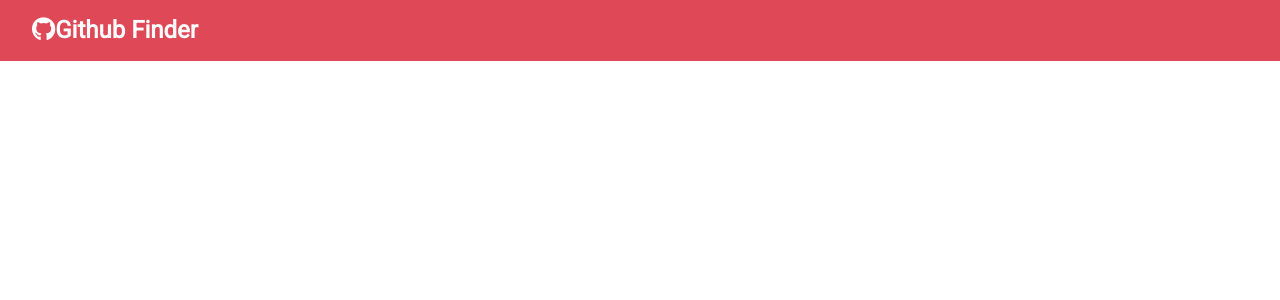
Repository: messimacky/github-finder
Page: /
An editor plug-in stored every save of this project. The page is shown before and after a run of saves, followed by the edit.
The browser window is 1280 px wide. The pictures show the whole page.
Some web libraries are served in a nearby version. The project was rebuilt for these pictures with package versions that can differ from the ones it lists, and the page was loaded fresh each time. A package was used in the major version that the imports need, not the one package.json lists. Also part of the build but not shown: src/users/UserItem.js, src/components/layout/Spinner.js, src/components/layout/Alert.js.

Above is the page before, as saved 2022-02-25 17:29:32.

### public/index.html
<!DOCTYPE html>
<html lang="en">
  <head>
    <meta charset="utf-8" />
    <link rel="icon" href="%PUBLIC_URL%/favicon.ico" />
    <meta name="viewport" content="width=device-width, initial-scale=1" />
    <meta name="theme-color" content="#000000" />
    <meta
      name="description"
      content="Web site created using create-react-app"
    />
    <link rel="apple-touch-icon" href="%PUBLIC_URL%/logo192.png" />

    <link rel="manifest" href="%PUBLIC_URL%/manifest.json" />

    <link
    rel="stylesheet"
    href="https://use.fontawesome.com/releases/v5.8.2/css/all.css"
    integrity="sha384-oS3vJWv+0UjzBfQzYUhtDYW+Pj2yciDJxpsK1OYPAYjqT085Qq/1cq5FLXAZQ7Ay"
    crossorigin="anonymous"
  />

    <title>React App</title>
  </head>
  <body>
    <noscript>You need to enable JavaScript to run this app.</noscript>
    <div id="root"></div>
  </body>
</html>

### src/App.js
import React, { Fragment, Component } from 'react';
import { BrowserRouter, Routes, Route, Link } from 'react-router-dom';

//import { BrowserRouter as Router, Routes, Route, BrowserRouter } from 'react-router-dom';
//import { browserHistory, Router, Route } from 'react-router-dom';
//import { BrowserRouter, Routes, Route, } from "react-router-dom";
import Navbar from './components/layout/Navbar';
import axios from 'axios';
import Users from './users/Users';
import Alert from './components/layout/Alert';
import Search from './users/Search';
import './App.css';


class App extends React.Component {
  state = {
    users: [],
    loading: false,
    alert: null
  }

  // async componentDidMount() {
  //   this.setState({ loading: true });

  //   const res = await axios.get(
  //     `https://api.github.com/users?client_id=$
  //   {process.env.REACT_APP_GITHUB_CLIENT_ID
  //   }&client_secret=${process.env.REACT_APP_GITHUB_CLIENT_SECRET}`
  //   );

  //   this.setState({ users: res.data, loading: false });
  // }

  //Search Github users
  searchUsers = async text => {
    this.setState({ loading: true })

    const res = await axios.get(
      `https://api.github.com/search/users?q=${text}&client_id=${process.env.REACT_APP_GITHUB_CLIENT_ID
      }&client_secret=${process.env.REACT_APP_GITHUB_CLIENT_SECRET}`
    );

    this.setState({ users: res.data.items, loading: false });
  };

  //Clear users from state

  clearUsers = () => this.setState({ users: [], loading: false });

  //Set Alert

  setAlert = (msg, type) => {
    this.setState({ alert: { msg, type } });

    setTimeout(() => this.setState({ alert: null }), 5000)
  };

  render() {
    const { users, loading } = this.state;
    // const numbers = [1, 2, 3, 4];




    return (
      <BrowserRouter>
        <div className='App'>
          <Navbar />
          <div className="container">
            <Alert alert={this.state.alert} />
            <Routes>
              <Route exact path='/' render={props => (
                <Fragment>
                  <Search
                    searchUsers={this.searchUsers}
                    clearUsers={this.clearUsers}
                    showClear={users.length > 0 ? true : false}
                    setAlert={this.setAlert}
                  />
                  <Users loading={loading} users={users} />
                </Fragment>

              )} />
            </Routes>

          </div>
        </div>
      </BrowserRouter>

    );
  }


}

export default App;

### src/components/layout/Navbar.js
import React from 'react'
import PropTypes from 'prop-types';


const Navbar= ({icon, title}) =>{
    return (
      <nav className='navbar bg-primary'>
      <h1>
      <i className={icon} />
      {title}

      </h1>
       </nav>
    );
  }

Navbar.defaultProps={
    title: "Github Finder",
    icon:"fab fa-github"
  }

Navbar.propTypes = {
    title:PropTypes.string.isRequired,
    icon:PropTypes.string.isRequired
};
export default Navbar

### src/App.css
@import url("https://fonts.googleapis.com/css?family=Roboto");

/* Global Styles */
:root {
  --primary-color: #dc3545;;
  --dark-color: #333333;
  --light-color: #f4f4f4;
  --danger-color: #dc3545;
  --success-color: #28a745;
}

* {
  box-sizing: border-box;
  margin: 0;
  padding: 0;
}

body {
  font-family: "Roboto", sans-serif;
  font-size: 1rem;
  line-height: 1.6;
  background-color: #fff;
  color: #333;
}

a {
  color: var(--primary-color);
  text-decoration: none;
}

a:hover {
  color: #666;
}

ul {
  list-style: none;
}

img {
  width: 100%;
}

/* Utilities */
.container {
  max-width: 1100px;
  margin: auto;
  overflow: hidden;
  padding: 0 2rem;
}

/* Text Styles*/
.x-large {
  font-size: 4rem;
  line-height: 1.2;
  margin-bottom: 1rem;
}

.large {
  font-size: 3rem;
  line-height: 1.2;
  margin-bottom: 1rem;
}

.lead {
  font-size: 1.5rem;
  margin-bottom: 1rem;
}

.text-center {
  text-align: center;
}

.text-primary {
  color: var(--primary-color);
}

.text-dark {
  color: var(--dark-color);
}

.text-success {
  color: var(--success-color);
}

.text-danger {
  color: var(--danger-color);
}

.text-center {
  text-align: center;
}

.text-right {
  text-align: right;
}

.text-left {
  text-align: left;
}

/* Center All */
.all-center {
  display: flex;
  flex-direction: column;
  width: 100%;
  margin: auto;
  justify-content: center;
  align-items: center;
  text-align: center;
}

/* Cards */
.card {
  padding: 1rem;
  border: #ccc 1px dotted;
  margin: 0.7rem 0;
}

/* List */
.list {
  margin: 0.5rem 0;
}

.list li {
  padding-bottom: 0.3rem;
}

/* Padding */
.p {
  padding: 0.5rem;
}
.p-1 {
  padding: 1rem;
}
.p-2 {
  padding: 2rem;
}
.p-3 {
  padding: 3rem;
}
.py {
  padding: 0.5rem 0;
}
.py-1 {
  padding: 1rem 0;
}
.py-2 {
  padding: 2rem 0;
}
.py-3 {
  padding: 3rem 0;
}

/* Margin */
.m {
  margin: 0.5rem;
}
.m-1 {
  margin: 1rem;
}
.m-2 {
  margin: 2rem;
}
.m-3 {
  margin: 3rem;
}
.my {
  margin: 0.5rem 0;
}
.my-1 {
  margin: 1rem 0;
}
.my-2 {
  margin: 2rem 0;
}
.my-3 {
  margin: 3rem 0;
}

/* Grid */
.grid-2 {
  display: grid;
  grid-template-columns: repeat(2, 1fr);
  grid-gap: 1rem;
}

.grid-3 {
  display: grid;
  grid-template-columns: repeat(3, 1fr);
  grid-gap: 1rem;
}

.grid-4 {
  display: grid;
  grid-template-columns: repeat(4, 1fr);
  grid-gap: 1rem;
}

.btn {
  display: inline-block;
  background: var(--light-color);
  color: #333;
  padding: 0.4rem 1.3rem;
  font-size: 1rem;
  border: none;
  cursor: pointer;
  margin-right: 0.5rem;
  transition: opacity 0.2s ease-in;
  outline: none;
}

.btn-link {
  background: none;
  padding: 0;
  margin: 0;
}

.btn-block {
  display: block;
  width: 100%;
}

.btn-sm {
  font-size: 0.8rem;
  padding: 0.3rem 1rem;
  margin-right: 0.2rem;
}

.badge {
  display: inline-block;
  font-size: 0.8rem;
  padding: 0.2rem 0.7rem;
  text-align: center;
  margin: 0.3rem;
  background: var(--light-color);
  color: #333;
  border-radius: 5px;
}

.alert {
  padding: 0.7rem;
  margin: 1rem 0;
  opacity: 0.9;
  background: var(--light-color);
  color: #333;
}

.btn-primary,
.bg-primary,
.badge-primary,
.alert-primary {
  background: var(--primary-color);
  color: #fff;
}

.btn-light,
.bg-light,
.badge-light,
.alert-light {
  background: var(--light-color);
  color: #333;
}

.btn-dark,
.bg-dark,
.badge-dark,
.alert-dark {
  background: var(--dark-color);
  color: #fff;
}

.btn-danger,
.bg-danger,
.badge-danger,
.alert-danger {
  background: var(--danger-color);
  color: #fff;
}

.btn-success,
.bg-success,
.badge-success,
.alert-success {
  background: var(--success-color);
  color: #fff;
}

.btn-white,
.bg-white,
.badge-white,
.alert-white {
  background: #fff;
  color: #333;
  border: #ccc solid 1px;
}

.btn:hover {
  opacity: 0.8;
}

.bg-light,
.badge-light {
  border: #ccc solid 1px;
}

.round-img {
  border-radius: 50%;
}

/* Forms */
input {
  margin: 1.2rem 0;
}

.form-text {
  display: block;
  margin-top: 0.3rem;
  color: #888;
}

input[type="text"],
input[type="email"],
input[type="password"],
input[type="date"],
select,
textarea {
  display: block;
  width: 100%;
  padding: 0.4rem;
  font-size: 1.2rem;
  border: 1px solid #ccc;
}

input[type="submit"],
button {
  font: inherit;
}

table th,
table td {
  padding: 1rem;
  text-align: left;
}

table th {
  background: var(--light-color);
}

/* Navbar */
.navbar {
  display: flex;
  justify-content: space-between;
  align-items: center;
  padding: 0.7rem 2rem;
  z-index: 1;
  width: 100%;
  opacity: 0.9;
  margin-bottom: 1rem;
}

.navbar ul {
  display: flex;
}

.navbar a {
  color: #fff;
  padding: 0.45rem;
  margin: 0 0.25rem;
}

.navbar a:hover {
  color: var(--light-color);
}

.navbar .welcome span {
  margin-right: 0.6rem;
}

/* Mobile Styles */
@media (max-width: 700px) {
  .hide-sm {
    display: none;
  }

  .grid-2,
  .grid-3,
  .grid-4 {
    grid-template-columns: 1fr;
  }

  /* Text Styles */
  .x-large {
    font-size: 3rem;
  }

  .large {
    font-size: 2rem;
  }

  .lead {
    font-size: 1rem;
  }

  /* Navbar */
  .navbar {
    display: block;
    text-align: center;

  }

  .navbar ul {
    text-align: center;
    justify-content: center;
  }
}

### src/users/Users.js
import React from 'react'
import UserItem from './UserItem';
import Spinner from '../components/layout/Spinner';
import PropTypes from 'prop-types';

const Users = ({ users, loading }) => {
    if (loading) {
        return <Spinner />
    } else {
        return (
            <div style={userStyle}>
                {users.map(user => (
                    <UserItem key={user.id} user={user} />
                ))}
            </div>
        );
    }

}
Users.propTypes = {
    users: PropTypes.array.isRequired,
    loading: PropTypes.bool.isRequired
}




const userStyle = {
    display: 'grid',
    gridTemplateColumns: 'repeat(3, 1fr)',
    gridGap: '1rem'
}

export default Users

### src/users/Search.js
import React, { Component } from 'react'
import PropTypes from 'prop-types';

export class Search extends Component {
    state = {
        text: ''
    };
    static propTypes = {
        searchUsers: PropTypes.func.isRequired,
        clearUsers: PropTypes.func.isRequired,
        showClear: PropTypes.bool.isRequired,
        setAlert: PropTypes.func.isRequired
    };

    onSubmit = (e) => {
        e.preventDefault();
        if (this.state.text === '') {
            this.props.setAlert('Please enter to search', 'light');
        } else {
            this.props.searchUsers(this.state.text);
            this.setState({ text: '' });
        }
    };


    onChange = (e) => this.setState({ [e.target.name]: e.target.value });

    render() {
        const { showClear, clearUsers } = this.props;


        return (
            <div>
                <form onSubmit={this.onSubmit} className='form'>
                    <input
                        type='text'
                        name='text'
                        placeholder='Search User...'
                        value={this.state.text}
                        onChange={this.onChange}
                    />
                    <input
                        type='submit'
                        value='Search'
                        className='btn btn-dark btn-block' />
                </form>
                {showClear && (<button className="btn btn-light btn-block" onClick={clearUsers}>Clear</button>)}

            </div>
        )
    }
}

export default Search

Loaded but not shown: src/index.js (common file)

After the next 2 saves:
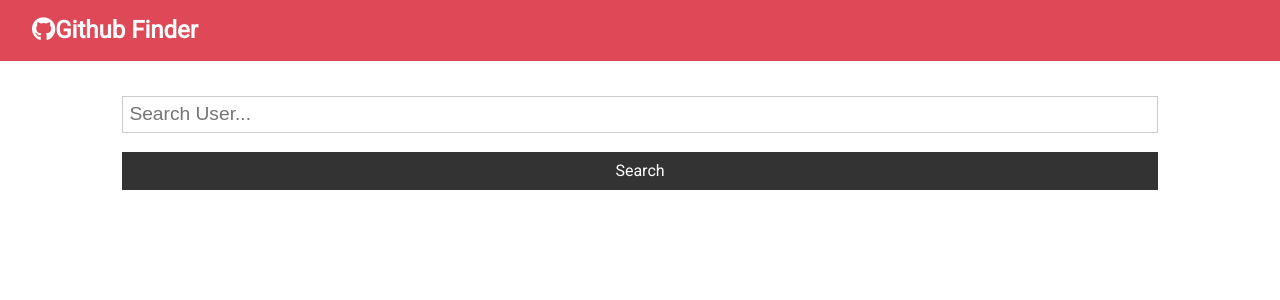
The 2 saves are shown as one change because 1 did not build or start.
The last was saved 8 min 28 s later.
--- a/src/App.js
+++ b/src/App.js
@@ -1,5 +1,5 @@
 import React, { Fragment, Component } from 'react';
-import { BrowserRouter, Routes, Route, Link } from 'react-router-dom';
+//import { BrowserRouter, Routes, Route, Link } from 'react-router-dom';
 
 //import { BrowserRouter as Router, Routes, Route, BrowserRouter } from 'react-router-dom';
 //import { browserHistory, Router, Route } from 'react-router-dom';
@@ -63,29 +63,22 @@
 
 
     return (
-      <BrowserRouter>
-        <div className='App'>
-          <Navbar />
-          <div className="container">
-            <Alert alert={this.state.alert} />
-            <Routes>
-              <Route exact path='/' render={props => (
-                <Fragment>
-                  <Search
-                    searchUsers={this.searchUsers}
-                    clearUsers={this.clearUsers}
-                    showClear={users.length > 0 ? true : false}
-                    setAlert={this.setAlert}
-                  />
-                  <Users loading={loading} users={users} />
-                </Fragment>
 
-              )} />
-            </Routes>
+      <div className='App'>
+        <Navbar />
+        <div className="container">
+          <Alert alert={this.state.alert} />
 
-          </div>
+          <Search
+            searchUsers={this.searchUsers}
+            clearUsers={this.clearUsers}
+            showClear={users.length > 0 ? true : false}
+            setAlert={this.setAlert}
+          />
+          <Users loading={loading} users={users} />
+
         </div>
-      </BrowserRouter>
+      </div>
 
     );
   }
